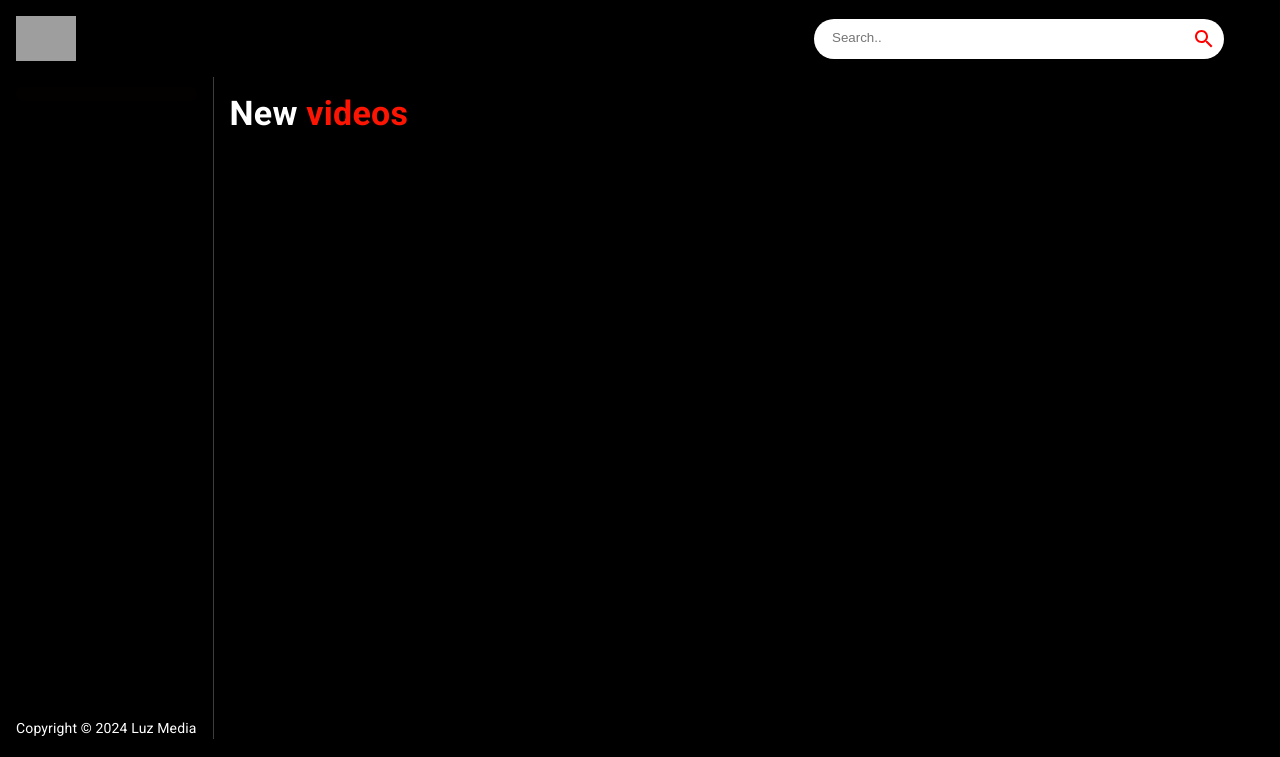
Repository: Arteinsana7/youtube_clone
Page: /
An editor plug-in stored every save of this project. The page is shown before and after the next save, followed by the edit.
The browser window is 1280 px wide. The pictures show the whole page.
Pictures or frames that could not be fetched are drawn as grey boxes. The page's requests for data from a server got no answer. The project was rebuilt for these pictures with package versions that can differ from the ones it lists, and the page was loaded fresh each time. No one was signed in, and anything a server would have sent is missing. Also part of the build but not shown: src/components/ChannelDetail.jsx, src/components/SearchFeed.jsx, src/components/VideoDetail.jsx.

Above is the page before, as saved 2024-06-11 14:07:02.

After the next save:
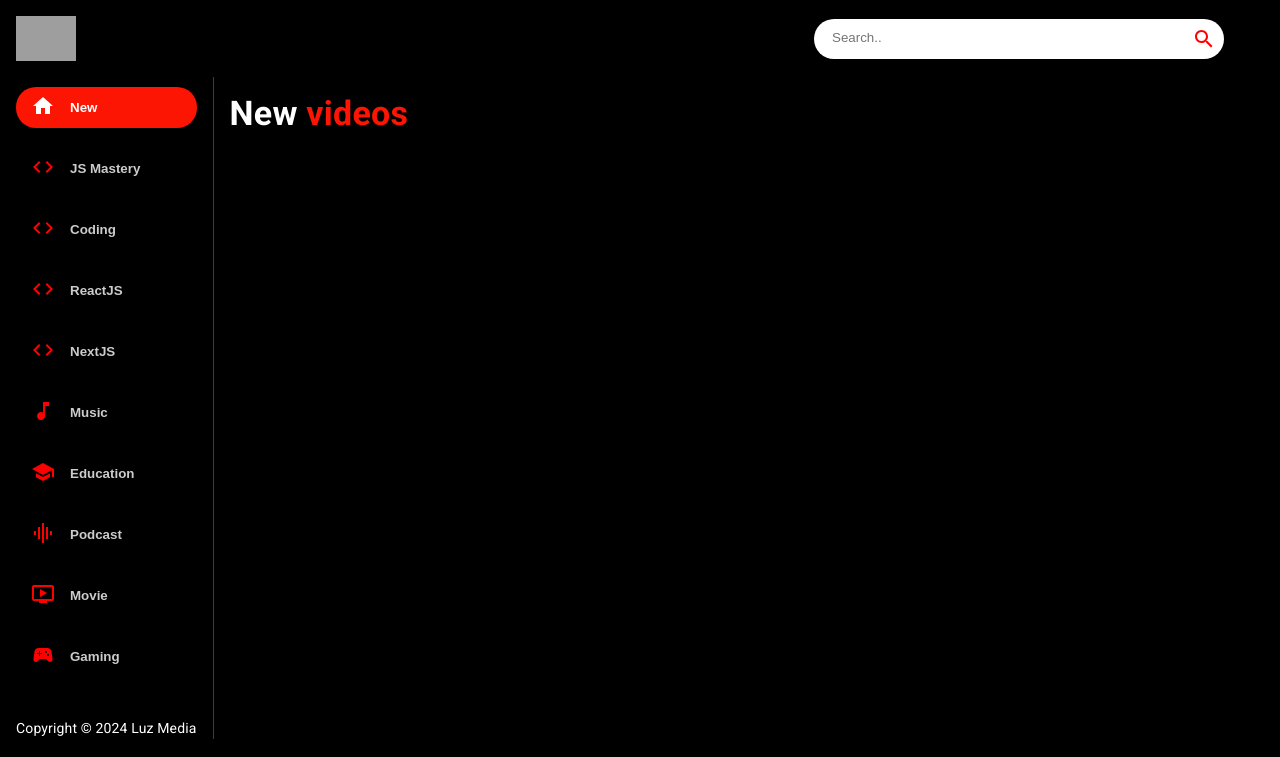
Saved 2 min 18 s later.
--- a/src/components/SideBar.jsx
+++ b/src/components/SideBar.jsx
@@ -1,36 +1,36 @@
 import React from "react";
 
 import { Stack } from'@mui/material'
-import { categories} from '../utils/constants';
+import { categories } from "../utils/constants";
 
+const Categories = ({ selectedCategory, setSelectedCategory }) => (
+  <Stack
+    direction="row"
+    sx={{
+      overflowY: "auto",
+      height: { sx: "auto", md: "95%" },
+      flexDirection: { md: "column" },
+    }}
+  >
+    {categories.map((category) => (
+      <button
+        className="category-btn"
+        onClick={() => setSelectedCategory(category.name)}
+        style={{
+          background: category.name === selectedCategory && "#FC1503",
+          color: "white",
+        }}
+        key={category.name}
+      >
+        <span style={{ color: category.name === selectedCategory ? "white" : "red", marginRight: "15px" }}>
+          {category.icon}
+        </span>
+        <span style={{ opacity: category.name === selectedCategory ? "1" : "0.8" }}>
+          {category.name}
+        </span>
+      </button>
+    ))}
+  </Stack>
+);
 
-const SideBar = ({ selectedCategory, setSelectedCategory}) => (
-    <Stack
-      direction="row"
-      sx={{
-        overflowY: "auto",
-        height : { sx: 'auto', md : '95%'},
-        flexDirection : { md: 'column'},
-      }}
-
-      >
-        {categories.map((category) => (
-          <button
-          className='category-btn'
-          style={{background: category.name ===
-            selectedCategory && '#FC150403',
-          color : 'white' }}
-          key = {category.name}
-          >
-            <span style={{color: category.name
-              === selectedCategory ? 'white' : 'red', marginRight : '15px' }}>{categories.icon}</span>
-            <span style={{opacity: category.name === selectedCategory ? '1' : '0.8'}}
-
-            >{categories.name}</span>
-          </button>
-        ))}
-    </Stack>
-
-      );
-
-export default SideBar
+export default Categories;
